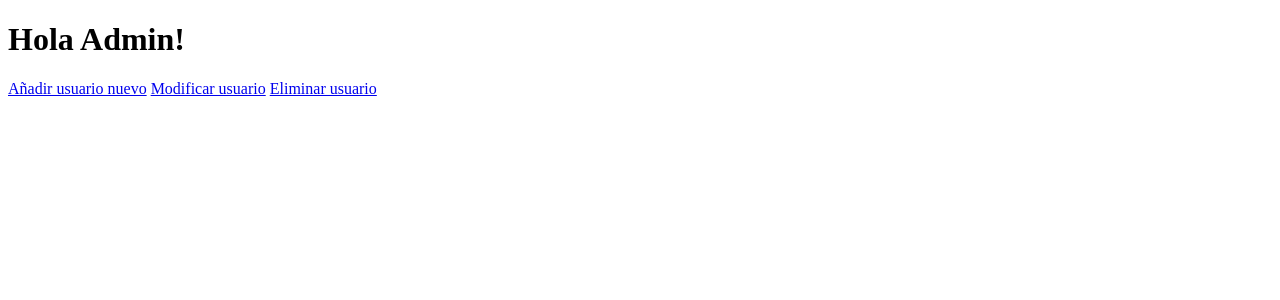
Repository: nachmz42/ProyectoJoker
Page: http://localhost/Joker/admin.jsp
These files come from the project's save history. The page is drawn as it stood at one moment and after the next save; the edit follows.
The browser window is 1280 px wide. The pictures show the whole page.
The page is served by Tomcat 9. Other server files are loaded and not shown.

Above is the page before, as saved 2021-07-01 14:01:51.

### Joker/src/main/webapp/admin.jsp
<%@ page language="java" contentType="text/html; charset=ISO-8859-1"
    pageEncoding="ISO-8859-1"%>
<!DOCTYPE html>
<html>
<head>
<meta charset="ISO-8859-1">
<title>Insert title here</title>
</head>
<body>
<h1>Hola Admin!</h1>

<a href="añadirusuario.jsp">Añadir usuario nuevo</a>
<a href="modificarusuario.jsp">Modificar usuario</a>
<a href="eliminarusuario.jsp">Eliminar usuario</a>



</body>
</html>

After the next save:
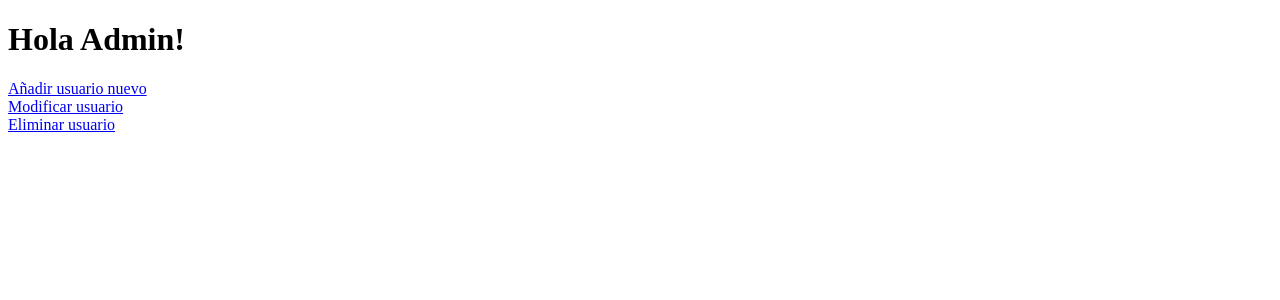
Saved 31 s later.
--- a/Joker/src/main/webapp/admin.jsp
+++ b/Joker/src/main/webapp/admin.jsp
@@ -9,9 +9,9 @@
 <body>
 <h1>Hola Admin!</h1>
 
-<a href="añadirusuario.jsp">Añadir usuario nuevo</a>
-<a href="modificarusuario.jsp">Modificar usuario</a>
-<a href="eliminarusuario.jsp">Eliminar usuario</a>
+<a href="añadirusuario.jsp">Añadir usuario nuevo</a><br>
+<a href="modificarusuario.jsp">Modificar usuario</a><br>
+<a href="eliminarusuario.jsp">Eliminar usuario</a><br>
 
 
 
